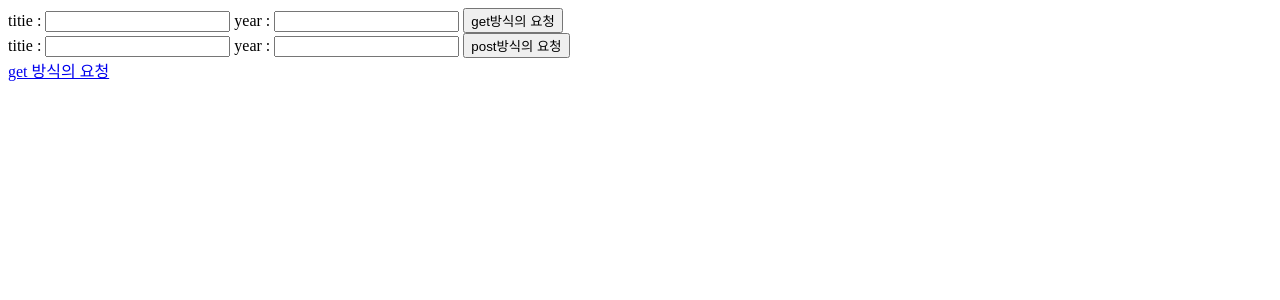
Repository: kimwoongasd/JSPAndServlet
Page: http://localhost/day1222/
An editor plug-in stored every save of this project. The page is shown before and after the next save, followed by the edit.
The browser window is 1280 px wide. The pictures show the whole page.
The page is served by Tomcat 9.

Above is the page before, as saved 2023-12-22 07:22:22.

After the next save:
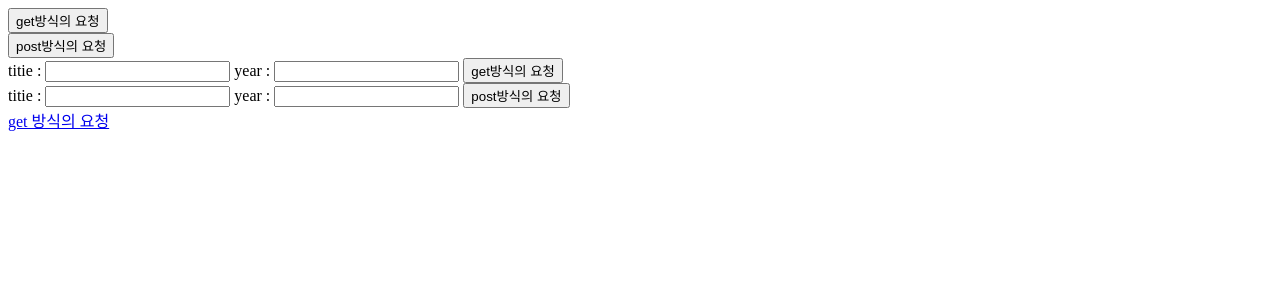
Saved 84 s later.
--- a/day1222/src/main/webapp/index.jsp
+++ b/day1222/src/main/webapp/index.jsp
@@ -7,6 +7,13 @@
 <title>Insert title here</title>
 </head>
 <body>
+	<form action="LifeCycle" method="get">
+		<input type="submit" value="get방식의 요청">
+	</form>
+	<form action="LifeCycle" method="post">
+		<input type="submit" value="post방식의 요청">
+	</form>
+
 	<form action="hello" method="get">
 		titie : <input type="text" name="title">
 		year : <input type="text" name="year">
